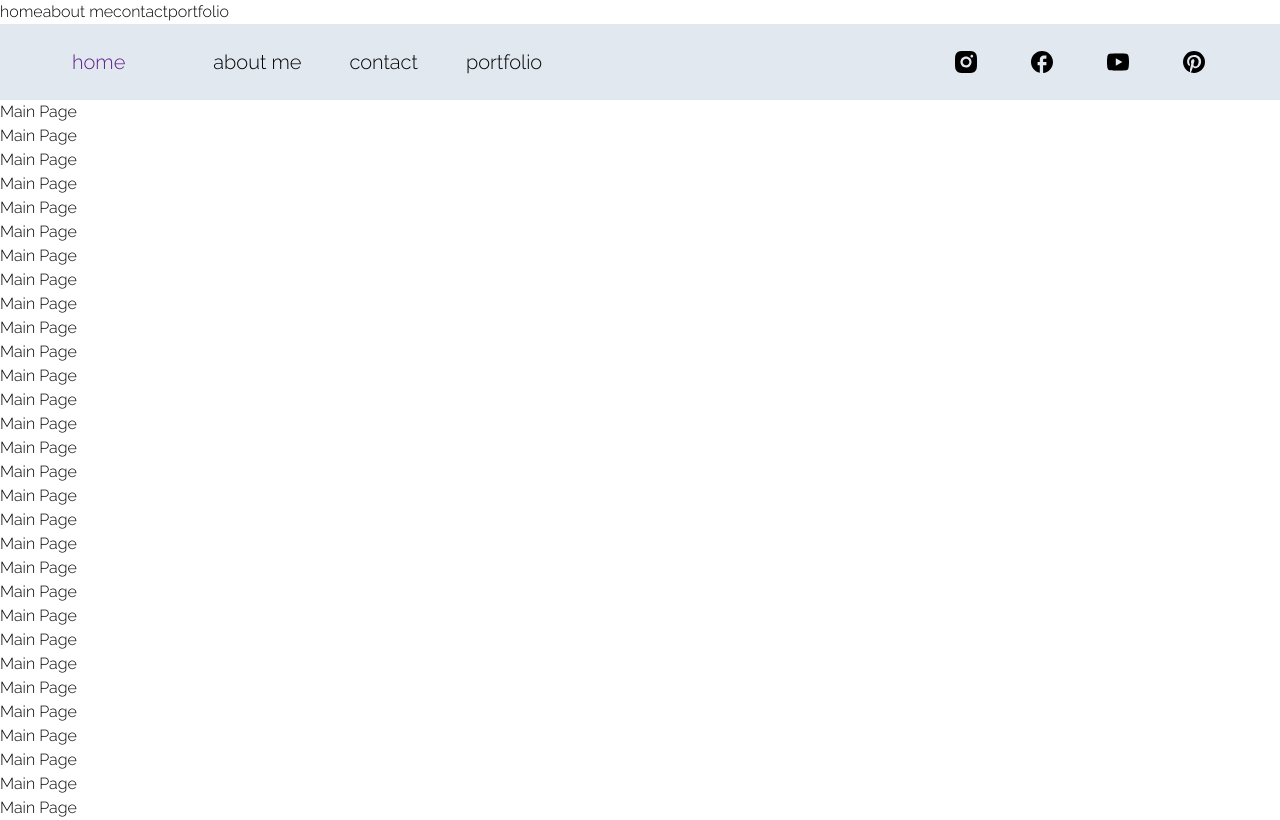
Repository: hubertrh/klaudia-personal-next
Page: /
The author's editor kept a copy of each file at every save. The page is drawn from the files as they stood at one save, then again after the next save.
The browser window is 1280 px wide. The pictures show the whole page.
The project was rebuilt for these pictures with package versions that can differ from the ones it lists, and the page was loaded fresh each time. The framework's server and built-in components were replaced by stand-ins that run in the browser. Also part of the build but not shown: next.config.js.

Above is the page before, as saved 2023-08-11 23:51:18.

### app/layout.tsx
import './globals.css';
import type { Metadata } from 'next';
import { Inter } from 'next/font/google';
import Link from 'next/link';

const inter = Inter({ subsets: ['latin'] });

export const metadata: Metadata = {
  title: 'Klaudia Rogala-Haracz',
  description: 'Portrait and reportage photography. Based in London.',
};

export default function RootLayout({
  children,
}: {
  children: React.ReactNode;
}) {
  return (
    <html lang="en">
      <body className={inter.className}>
        <header>
          <nav>
            <Link href="#!">home</Link>
            <Link href="#!">about me</Link>
            <Link href="#!">contact</Link>
            <Link href="#!">portfolio</Link>
          </nav>
          <div></div>
        </header>
        {children}
      </body>
    </html>
  );
}

### app/(site)/layout.tsx
import '../globals.css';
import type { Metadata } from 'next';
import { Raleway } from 'next/font/google';
import Header from '@/components/Header/Header';

const raleway = Raleway({ weight: '300', subsets: ['latin'] });

export const metadata: Metadata = {
  title: 'Klaudia Rogala-Haracz',
  description: 'Portrait and reportage photography. Based in London.',
};

export default function RootLayout({
  children,
}: {
  children: React.ReactNode;
}) {
  return (
    <html lang="en">
      <body className={raleway.className}>
        <Header />
        {children}
      </body>
    </html>
  );
}

### app/(site)/page.tsx
export default function Home() {
  return (
    <div>
      <div>Main Page</div>
      <div>Main Page</div>
      <div>Main Page</div>
      <div>Main Page</div>
      <div>Main Page</div>
      <div>Main Page</div>
      <div>Main Page</div>
      <div>Main Page</div>
      <div>Main Page</div>
      <div>Main Page</div>
      <div>Main Page</div>
      <div>Main Page</div>
      <div>Main Page</div>
      <div>Main Page</div>
      <div>Main Page</div>
      <div>Main Page</div>
      <div>Main Page</div>
      <div>Main Page</div>
      <div>Main Page</div>
      <div>Main Page</div>
      <div>Main Page</div>
      <div>Main Page</div>
      <div>Main Page</div>
      <div>Main Page</div>
      <div>Main Page</div>
      <div>Main Page</div>
      <div>Main Page</div>
      <div>Main Page</div>
      <div>Main Page</div>
      <div>Main Page</div>
    </div>
  );
}

### app/globals.css
@tailwind base;
@tailwind components;
@tailwind utilities;

:root {
  --foreground-rgb: 0, 0, 0;
  --background-rgb: 255, 255, 255;
}

body {
  color: rgb(var(--foreground-rgb));
  background: rgb(var(--background-end-rgb));
}

.nav > * {
  @apply relative px-6 py-6 duration-300 before:absolute before:bottom-5 before:left-1/2 before:h-[1.5px] before:w-0 before:-translate-x-1/2 before:bg-primary before:transition-all before:duration-300 before:ease-out before:content-[''] hover:text-primary hover:before:w-full;
}

.social-icons > * {
  @apply scale-110 px-7 py-3 brightness-0 duration-200 hover:rotate-12 hover:brightness-100;
}

### components/Header/Header.tsx
import Image from 'next/image';
import Link from 'next/link';
import fbIcon from '@/public/icons/fb-icon.svg';
import igIcon from '@/public/icons/ig-icon.svg';
import pinIcon from '@/public/icons/pin-icon.svg';
import ytIcon from '@/public/icons/yt-icon.svg';
import Navigation from './Navigation';
import SocialIcons from './SocialIcons';

export default function header() {
  return (
    <header className="sticky top-0 flex justify-between bg-slate-200 px-12">
      <Navigation />
      <SocialIcons />
    </header>
  );
}

### components/Header/Navigation.tsx
import Link from 'next/link';

export default function Navigation() {
  return (
    <nav className="nav flex text-xl">
      <Link className="!ml-0 !mr-10 text-primary" href="/">
        home
      </Link>
      <Link href="#!">about me</Link>
      <Link href="#!">contact</Link>
      <Link href="/portfolio">portfolio</Link>
    </nav>
  );
}

### components/Header/SocialIcons.tsx
import Link from 'next/link';
import Image from 'next/image';
import igIcon from '@/public/icons/ig-icon.svg';
import fbIcon from '@/public/icons/fb-icon.svg';
import ytIcon from '@/public/icons/yt-icon.svg';
import pinIcon from '@/public/icons/pin-icon.svg';

export default function SocialIcons() {
  return (
    <div className="social-icons flex items-center">
      <Link href="https://www.instagram.com/_klaudiarogala/">
        <Image src={igIcon} alt="Instagram icon" />
      </Link>
      <Link href="https://www.facebook.com/klaudiarogalaphotographer/">
        <Image src={fbIcon} alt="Facebook icon" />
      </Link>
      <Link href="https://www.youtube.com/channel/UCyVfMWp16X_wYCG9213YOQw/">
        <Image src={ytIcon} alt="YouTube icon" />
      </Link>
      <Link href="https://www.pinterest.com/zuzannnnaa/">
        <Image src={pinIcon} alt="Pinterest icon" />
      </Link>
      {/* <a class="lang-btn" href="/pl/index.html"><img src="/icons/flag-pl.svg" /></a> */}
    </div>
  );
}

### tailwind.config.js
/** @type {import('tailwindcss').Config} */
module.exports = {
  content: [
    './pages/**/*.{js,ts,jsx,tsx,mdx}',
    './components/**/*.{js,ts,jsx,tsx,mdx}',
    './app/**/*.{js,ts,jsx,tsx,mdx}',
  ],
  theme: {
    extend: {
      colors: {
        primary: '#5D2187',
      },
      backgroundImage: {
        'gradient-radial': 'radial-gradient(var(--tw-gradient-stops))',
        'gradient-conic':
          'conic-gradient(from 180deg at 50% 50%, var(--tw-gradient-stops))',
      },
    },
  },
  plugins: [],
};

After the next save:
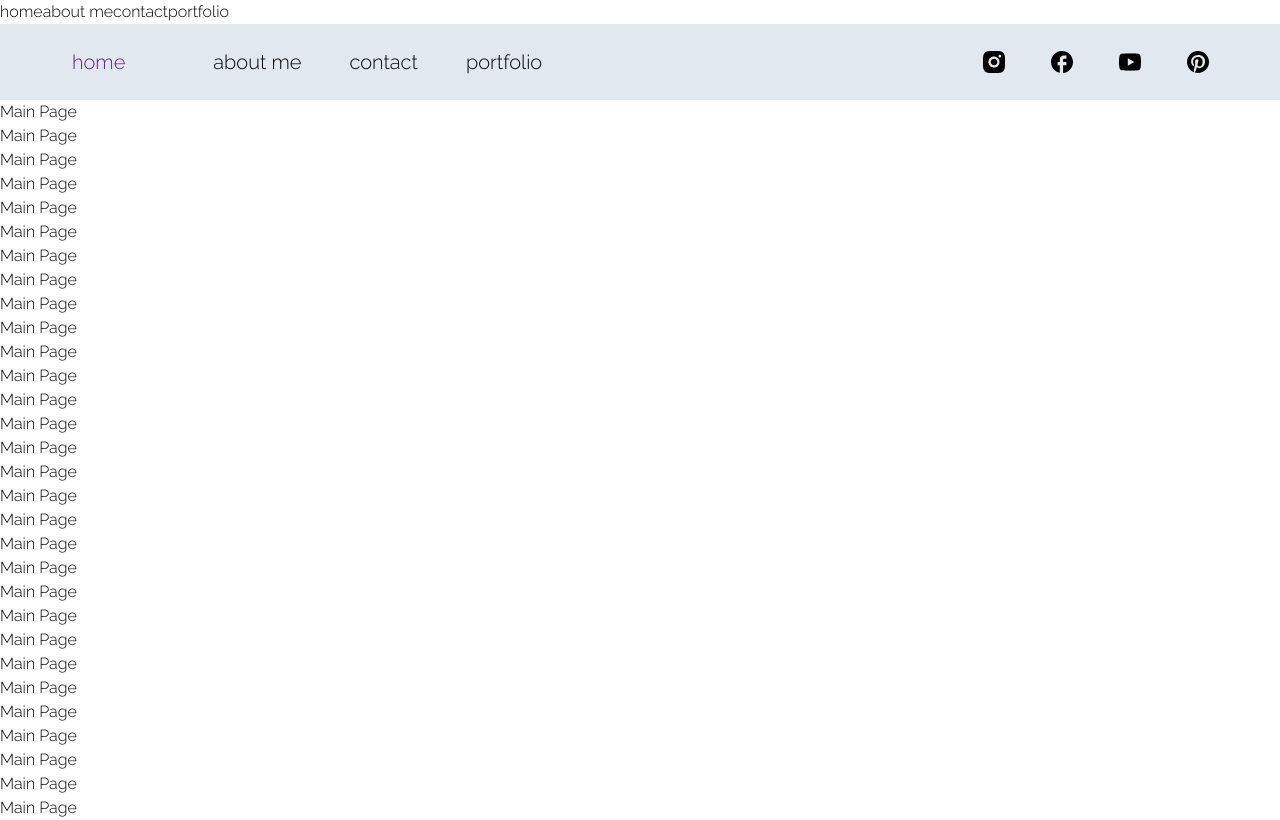
Saved 8 s later.
--- a/app/globals.css
+++ b/app/globals.css
@@ -17,5 +17,5 @@ body {
 }
 
 .social-icons > * {
-  @apply scale-110 px-7 py-3 brightness-0 duration-200 hover:rotate-12 hover:brightness-100;
+  @apply scale-110 px-6 py-3 brightness-0 duration-200 hover:rotate-12 hover:brightness-100;
 }
